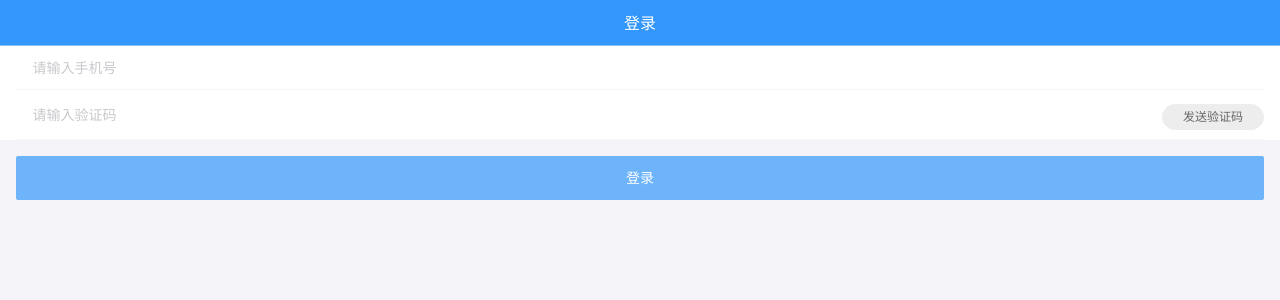
Repository: xn-lb/toutiao-mb
Page: /#/login
These files come from the project's save history. The page is drawn as it stood at one moment and after the next save; the edit follows.
The browser window is 1280 px wide. The pictures show the whole page.
Some web fonts or font styles are not loaded; a fallback is used. The project was rebuilt for these pictures with package versions that can differ from the ones it lists, and the page was loaded fresh each time. Also part of the build but not shown: vue.config.js.

Above is the page before, as saved 2023-03-22 20:21:50.

### src/main.js
import Vue from 'vue'
import App from './App.vue'
import router from './router'
import store from './store'
// 加载全局样式
import './styles/index.less'
import Vant from 'vant' //加载Vant 组件库
import 'vant/lib/index.css'
import 'amfe-flexible' //加载动态设置  rem 基准值

Vue.use(Vant); //注册使用组件库

Vue.config.productionTip = false

new Vue({
    router,
    store,
    render: h => h(App)
}).$mount('#app')

### src/App.vue
<template>
  <div id="app">
  <!-- 路由的出口 -->
    <router-view></router-view>



  </div>
</template>
<script>
export default {
  name: 'APP'
}
</script>
<style lang="less">

</style>

### src/router/index.js
import Vue from 'vue'
import VueRouter from 'vue-router'



Vue.use(VueRouter)

// 路由表
const routes = [{
    path: '/login',
    name: 'LoginIndex',
    component: () =>
        import ('@/views/login')
}]

const router = new VueRouter({
    routes
})

export default router

### src/styles/index.less
// 全局样式文件
// 加载图标样式
@import "./icon.less";

body{
    background-color: #f5f5f9;
}
.page-nav-bar{
    background-color: #3296fa;
    .van-nav-bar__title{
        color: #fff;
    }
}

### src/views/login/index.vue
<template>
  <div class="login-container">
    <!-- 导航栏 -->
    <van-nav-bar class="page-nav-bar" title="登录" />

    <!-- 登录表单 -->
    <van-form @submit="onSubmit">
  <van-field

    name="用户名"
    placeholder="请输入手机号"
   >
      <i slot="left-icon" class="toutiao toutiao-shouji"></i>
   </van-field>
  <van-field
    type="password"
    name="密码"
    placeholder="请输入验证码"
  >
   <i slot="left-icon" class="toutiao toutiao-yanzhengma"></i>
   <template #button>
    <van-button size="small" type="default" round class="send-sms-btn">发送验证码</van-button>
  </template>
  </van-field>
  <div style="margin: 16px;">
    <van-button  block type="info" native-type="submit" class="login-btn-wrap">登录</van-button>
  </div>
</van-form>
  </div>
</template>

<script>
export default {
  name: 'LoginPage',
  components: {},
  props: {},
  data () {
    return {}
  },
  computed: {},
  watch: {},
  created () {},
  mounted () {},
  methods: {}
}
</script>

<style scoped lang="less">
.page-nav-bar{
  background-color:#3296fa;
}
.login-container{
  .toutiao{
    font-style: 37px;
  }
}
.send-sms-btn{
  background-color: #ededed;
  font-style: 22px;
  color: #666;
  width: 102px;
  height: 26px;
  // line-height: 46;
}
.login-btn-wrap{
  background-color: #6db4fb;
  border: none;
    .van-button__text{
      font-style: 42px;
    }
}
</style>

### src/styles/icon.less
@font-face {
    font-family: "toutiao"; /* Project id 3968849 */
    src: url('//at.alicdn.com/t/c/font_3968849_y288fdc89co.eot?t=1679462277967'); /* IE9 */
    src: url('//at.alicdn.com/t/c/font_3968849_y288fdc89co.eot?t=1679462277967#iefix') format('embedded-opentype'), /* IE6-IE8 */
         url('//at.alicdn.com/t/c/font_3968849_y288fdc89co.woff2?t=1679462277967') format('woff2'),
         url('//at.alicdn.com/t/c/font_3968849_y288fdc89co.woff?t=1679462277967') format('woff'),
         url('//at.alicdn.com/t/c/font_3968849_y288fdc89co.ttf?t=1679462277967') format('truetype'),
         url('//at.alicdn.com/t/c/font_3968849_y288fdc89co.svg?t=1679462277967#toutiao') format('svg');
  }

  .toutiao {
    font-family: "toutiao" !important;
    font-size: 16px;
    font-style: normal;
    -webkit-font-smoothing: antialiased;
    -moz-osx-font-smoothing: grayscale;
  }

  .toutiao-guanbi:before {
    content: "\e601";
  }

  .toutiao-gengduo:before {
    content: "\e602";
  }

  .toutiao-pinglun:before {
    content: "\e603";
  }

  .toutiao-shanchu:before {
    content: "\e604";
  }

  .toutiao-dianzan:before {
    content: "\e605";
  }

  .toutiao-lishi:before {
    content: "\e606";
  }

  .toutiao-shipin:before {
    content: "\e607";
  }

  .toutiao-shoucang:before {
    content: "\e608";
  }

  .toutiao-yanzhengma:before {
    content: "\e609";
  }

  .toutiao-wenda:before {
    content: "\e60a";
  }

  .toutiao-fenxiang:before {
    content: "\e60b";
  }

  .toutiao-youjiantou:before {
    content: "\e60c";
  }

  .toutiao-wuwangluo:before {
    content: "\e60d";
  }

  .toutiao-shouji:before {
    content: "\e60e";
  }

  .toutiao-zuojiantou:before {
    content: "\e60f";
  }

  .toutiao-shouye:before {
    content: "\e610";
  }

  .toutiao-wode:before {
    content: "\e611";
  }

  .toutiao-sousuo:before {
    content: "\e612";
  }

  .toutiao-zuopin:before {
    content: "\e613";
  }

  .toutiao-yuedu:before {
    content: "\e614";
  }

Loaded but not shown: public/index.html (common file); src/store/index.js (common file)

After the next save:
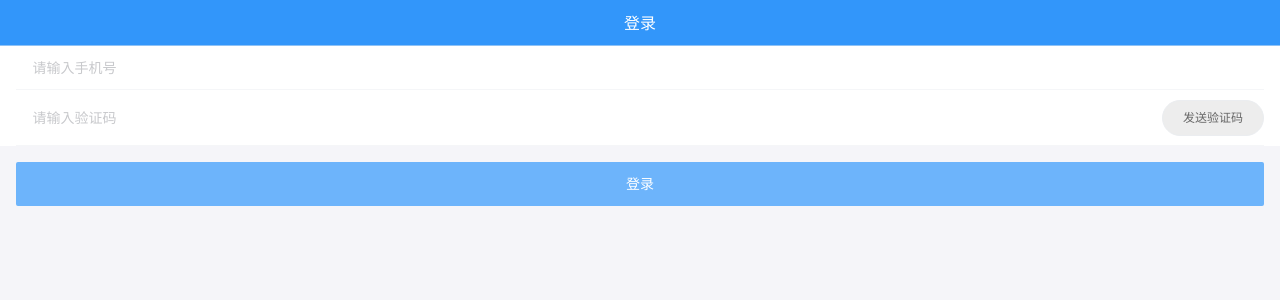
Saved 5 s later.
--- a/src/views/login/index.vue
+++ b/src/views/login/index.vue
@@ -59,7 +59,7 @@ export default {
   font-style: 22px;
   color: #666;
   width: 102px;
-  height: 26px;
+  height: 36px;
   // line-height: 46;
 }
 .login-btn-wrap{
